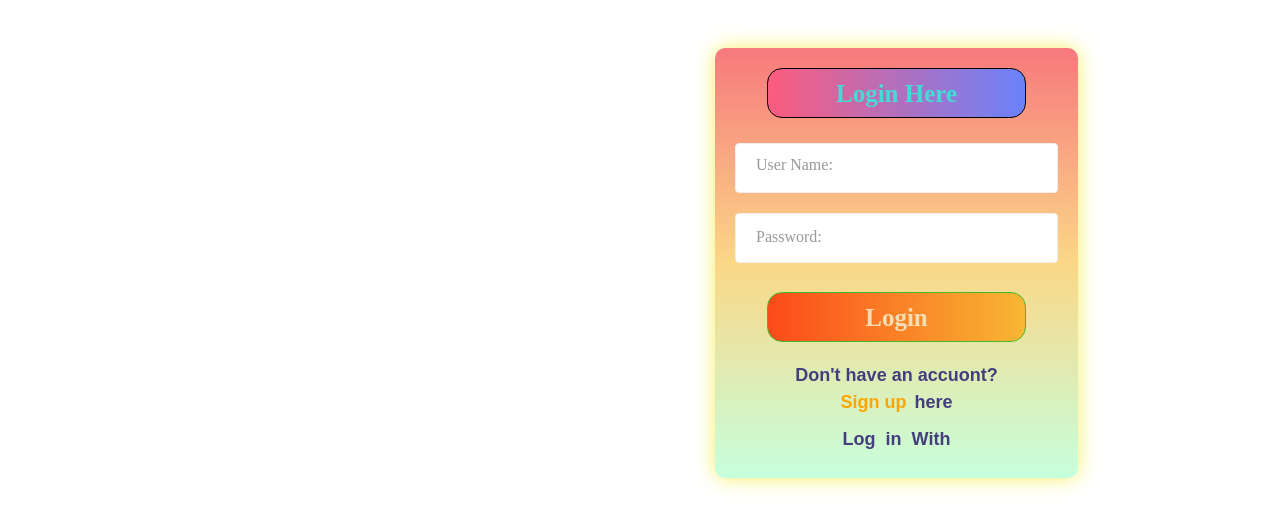
Repository: tung1233hhhhhhhhhhhhh/shoppingcart
Page: page/signup.html
These files come from the project's save history. The page is drawn as it stood at one moment and after the next save; the edit follows.
The browser window is 1280 px wide. The pictures show the whole page.

Above is the page before, as saved 2023-07-21 00:03:44.

After the next save:
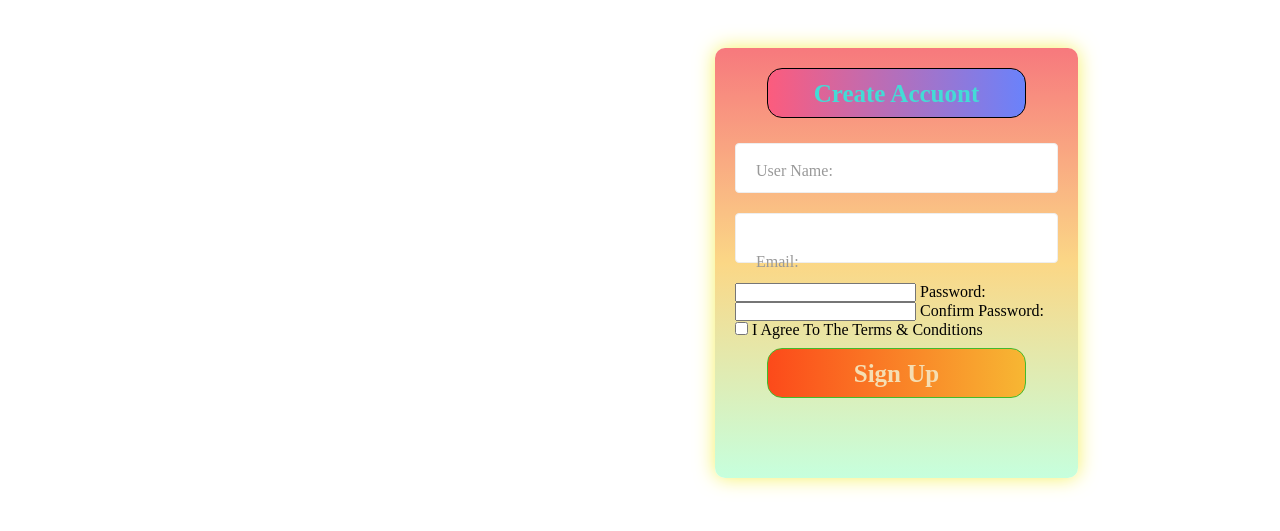
Saved 2 min 0 s later.
--- a/page/signup.html
+++ b/page/signup.html
@@ -12,24 +12,23 @@
 
 
 
-    <form class="form-box" action="" method="post">
-        <div class="text">Login Here</div>
+    <div class="form-box">
+        <div class="text">Create Accuont</div>
         <div class="form-field">
             <input type="text" class="form-input-1" placeholder=" ">
             <label for="name" class="form-label-1">User Name:</label>
-            <input type="password" class="form-input-2" placeholder=" ">
-            <label for="password" class="form-label-2">Password:</label>
+            <input type="email" class="form-input-2" placeholder=" ">
+            <label for="email" class="form-label-2">Email:</label>
+            <input type="password" class="form-input-3" placeholder=" ">
+            <label for="password" class="form-label-3">Password:</label>
+            <input type="password" class="form-input-4" placeholder=" ">
+            <label for="password" class="form-label-4">Confirm Password:</label>
         </div>
-        <div class="Login">Login</div>
-        <div class="text-bottom">
-            <p>Don't have an accuont?</p>
-            <a href="#" class="sign-up">Sign up </a>
-            <b>here</b>
+        <input type="checkbox" name="" class="checkbox">
+        <span>I Agree To The Terms & Conditions</span>
+        <div class="Login">Sign Up</div>
 
-            <div class="log-in">Log in With</div>
-        </div>
-
-    </form>
+    </div>
 
 
 </body>
